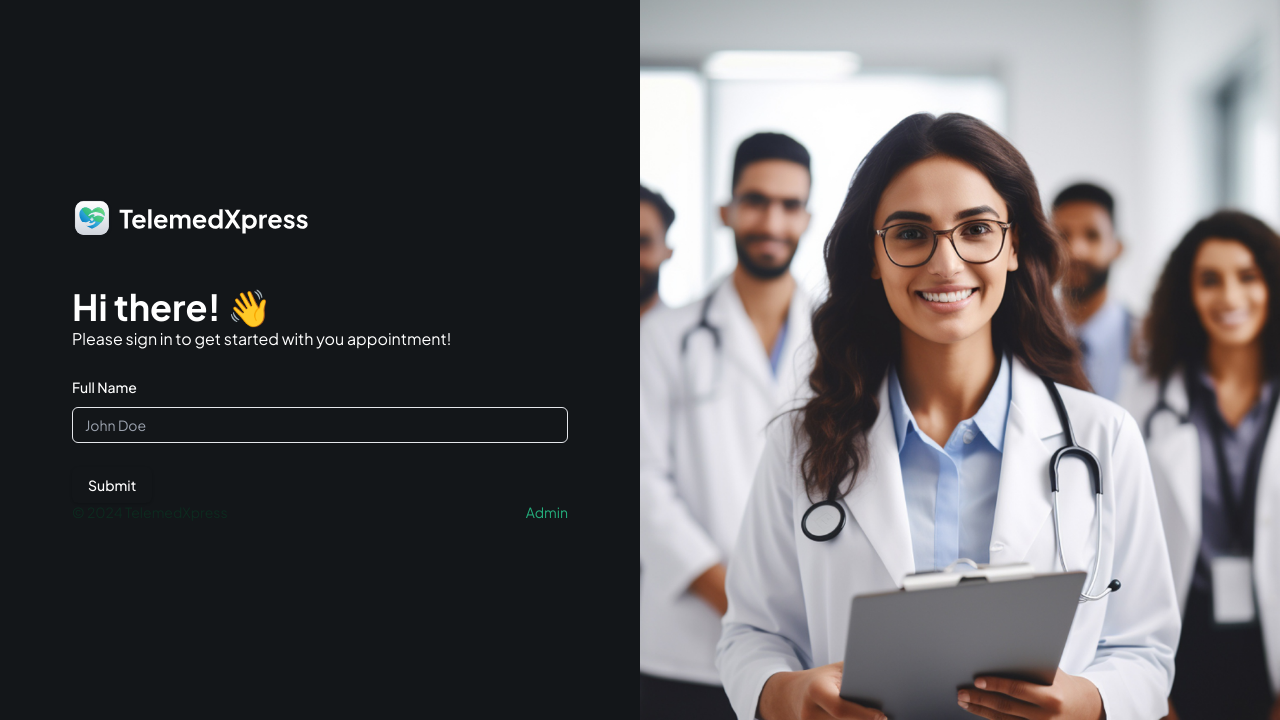
Repository: Carlito-Pedida/telemed
Page: /
These files come from the project's save history. The page is drawn as it stood at one moment and after the next save; the edit follows.
The browser window is 1280 px wide. The pictures show the whole page.
The project was rebuilt for these pictures with package versions that can differ from the ones it lists, and the page was loaded fresh each time. The framework's server and built-in components were replaced by stand-ins that run in the browser. Also part of the build but not shown: next.config.mjs.

Above is the page before, as saved 2024-11-04 18:44:46.

### app/layout.tsx
import type { Metadata } from "next";
import { Plus_Jakarta_Sans } from "next/font/google";
import "./globals.css";
import { cn } from "@/lib/utils";
import { ThemeProvider } from "@/components/theme-provider";

const fontSans = Plus_Jakarta_Sans({
  subsets: ["latin"],
  weight: ["300", "400", "500", "600", "700"],
  variable: "--font-sans"
});

export const metadata: Metadata = {
  title: "TelemedXpress",
  description: "An Online Healthcare Resource"
};

export default function RootLayout({
  children
}: Readonly<{
  children: React.ReactNode;
}>) {
  return (
    <html lang="en">
      <body
        className={cn(
          "min-h-screen bg-dark-300 font-sans antialiased",
          fontSans.variable
        )}
      >
        <ThemeProvider
          attribute="class"
          defaultTheme="dark"
          enableSystem
          disableTransitionOnChange
        >
          {children}
        </ThemeProvider>
      </body>
    </html>
  );
}

### app/page.tsx
import PatientForm from "@/components/forms/PatientForm";
import Image from "next/image";
import Link from "next/link";

export default function Home() {
  return (
    <div className="flex h-screen max-h-screen">
      {/* {TODO: OTP Verification | PasskeyModal} */}
      <section className="remove-scrollbar container my-auto">
        <div className="sub-container max-w-[496px]">
          <Image
            src="/assets/icons/logo-full.svg"
            alt="patient"
            width={1000}
            height={1000}
            className="mb-12 h-10 w-fit"
          />

          <PatientForm />

          <div className="text-14-regular mt--20 flex justify-between">
            <p className="justify-items-end text-green-600 xl:text-left">
              © 2024 TelemedXpress
            </p>
            <Link href="/?admin=true" className="text-green-500">
              Admin
            </Link>
          </div>
        </div>
      </section>

      <Image
        src="/assets/images/onboarding-img.png"
        alt="patient"
        width={1000}
        height={1000}
        className="side-img max-w-[50%]"
      />
    </div>
  );
}

### lib/utils.ts
import { type ClassValue, clsx } from "clsx";
import { twMerge } from "tailwind-merge";

export function cn(...inputs: ClassValue[]) {
  return twMerge(clsx(inputs));
}

export const parseStringify = (value: any) => JSON.parse(JSON.stringify(value));

export const convertFileToUrl = (file: File) => URL.createObjectURL(file);

// FORMAT DATE TIME
export const formatDateTime = (dateString: Date | string) => {
  const dateTimeOptions: Intl.DateTimeFormatOptions = {
    // weekday: "short", // abbreviated weekday name (e.g., 'Mon')
    month: "short", // abbreviated month name (e.g., 'Oct')
    day: "numeric", // numeric day of the month (e.g., '25')
    year: "numeric", // numeric year (e.g., '2023')
    hour: "numeric", // numeric hour (e.g., '8')
    minute: "numeric", // numeric minute (e.g., '30')
    hour12: true // use 12-hour clock (true) or 24-hour clock (false)
  };

  const dateDayOptions: Intl.DateTimeFormatOptions = {
    weekday: "short", // abbreviated weekday name (e.g., 'Mon')
    year: "numeric", // numeric year (e.g., '2023')
    month: "2-digit", // abbreviated month name (e.g., 'Oct')
    day: "2-digit" // numeric day of the month (e.g., '25')
  };

  const dateOptions: Intl.DateTimeFormatOptions = {
    month: "short", // abbreviated month name (e.g., 'Oct')
    year: "numeric", // numeric year (e.g., '2023')
    day: "numeric" // numeric day of the month (e.g., '25')
  };

  const timeOptions: Intl.DateTimeFormatOptions = {
    hour: "numeric", // numeric hour (e.g., '8')
    minute: "numeric", // numeric minute (e.g., '30')
    hour12: true // use 12-hour clock (true) or 24-hour clock (false)
  };

  const formattedDateTime: string = new Date(dateString).toLocaleString(
    "en-US",
    dateTimeOptions
  );

  const formattedDateDay: string = new Date(dateString).toLocaleString(
    "en-US",
    dateDayOptions
  );

  const formattedDate: string = new Date(dateString).toLocaleString(
    "en-US",
    dateOptions
  );

  const formattedTime: string = new Date(dateString).toLocaleString(
    "en-US",
    timeOptions
  );

  return {
    dateTime: formattedDateTime,
    dateDay: formattedDateDay,
    dateOnly: formattedDate,
    timeOnly: formattedTime
  };
};

export function encryptKey(passkey: string) {
  return btoa(passkey);
}

export function decryptKey(passkey: string) {
  return atob(passkey);
}

### components/forms/PatientForm.tsx
"use client";

import { zodResolver } from "@hookform/resolvers/zod";
import { useForm } from "react-hook-form";
import { z } from "zod";

import { Button } from "@/components/ui/button";
import { Form } from "@/components/ui/form";
import CustomFormField from "../CustomformField";

export enum FormFieldType {
  INPUT = "input",
  TEXTAREA = "textarea",
  PHONE_INPUT = "phoneInput",
  CHECKBOX = "checkbox",
  DATE_PICKER = "datePicker",
  SELECT = "select",
  SKELETON = "skeleton"
}
const formSchema = z.object({
  username: z.string().min(2).max(50)
});

const PatientForm = () => {
  // 1. Define your form.
  const form = useForm<z.infer<typeof formSchema>>({
    resolver: zodResolver(formSchema),
    defaultValues: {
      username: ""
    }
  });

  // 2. Define a submit handler.
  function onSubmit(values: z.infer<typeof formSchema>) {
    // Do something with the form values.
    // ✅ This will be type-safe and validated.
    console.log(values);
  }
  return (
    <div>
      <Form {...form}>
        <form
          onSubmit={form.handleSubmit(onSubmit)}
          className="space-y-6 flex-1"
        >
          <section>
            <h1 className="header">Hi there! 👋 </h1>
            <p>Please sign in to get started with you appointment!</p>
          </section>

          <CustomFormField
            fieldType={FormFieldType.INPUT}
            control={form.control}
            name="name"
            label="Full Name"
            placeholder="john Doe"
            iconSrc="/assets/icons/user.svg"
            iconAlt="User"
          />

          <Button type="submit">Submit</Button>
        </form>
      </Form>
    </div>
  );
};

export default PatientForm;

### components/ui/button.tsx
import * as React from "react"
import { Slot } from "@radix-ui/react-slot"
import { cva, type VariantProps } from "class-variance-authority"

import { cn } from "@/lib/utils"

const buttonVariants = cva(
  "inline-flex items-center justify-center gap-2 whitespace-nowrap rounded-md text-sm font-medium ring-offset-background transition-colors focus-visible:outline-none focus-visible:ring-2 focus-visible:ring-ring focus-visible:ring-offset-2 disabled:pointer-events-none disabled:opacity-50 [&_svg]:pointer-events-none [&_svg]:size-4 [&_svg]:shrink-0",
  {
    variants: {
      variant: {
        default:
          "bg-primary text-primary-foreground shadow hover:bg-primary/90",
        destructive:
          "bg-destructive text-destructive-foreground shadow-sm hover:bg-destructive/90",
        outline:
          "border border-input bg-background shadow-sm hover:bg-accent hover:text-accent-foreground",
        secondary:
          "bg-secondary text-secondary-foreground shadow-sm hover:bg-secondary/80",
        ghost: "hover:bg-accent hover:text-accent-foreground",
        link: "text-primary underline-offset-4 hover:underline",
      },
      size: {
        default: "h-9 px-4 py-2",
        sm: "h-8 rounded-md px-3 text-xs",
        lg: "h-10 rounded-md px-8",
        icon: "h-9 w-9",
      },
    },
    defaultVariants: {
      variant: "default",
      size: "default",
    },
  }
)

export interface ButtonProps
  extends React.ButtonHTMLAttributes<HTMLButtonElement>,
    VariantProps<typeof buttonVariants> {
  asChild?: boolean
}

const Button = React.forwardRef<HTMLButtonElement, ButtonProps>(
  ({ className, variant, size, asChild = false, ...props }, ref) => {
    const Comp = asChild ? Slot : "button"
    return (
      <Comp
        className={cn(buttonVariants({ variant, size, className }))}
        ref={ref}
        {...props}
      />
    )
  }
)
Button.displayName = "Button"

export { Button, buttonVariants }

### components/ui/form.tsx
"use client"

import * as React from "react"
import * as LabelPrimitive from "@radix-ui/react-label"
import { Slot } from "@radix-ui/react-slot"
import {
  Controller,
  ControllerProps,
  FieldPath,
  FieldValues,
  FormProvider,
  useFormContext,
} from "react-hook-form"

import { cn } from "@/lib/utils"
import { Label } from "@/components/ui/label"

const Form = FormProvider

type FormFieldContextValue<
  TFieldValues extends FieldValues = FieldValues,
  TName extends FieldPath<TFieldValues> = FieldPath<TFieldValues>
> = {
  name: TName
}

const FormFieldContext = React.createContext<FormFieldContextValue>(
  {} as FormFieldContextValue
)

const FormField = <
  TFieldValues extends FieldValues = FieldValues,
  TName extends FieldPath<TFieldValues> = FieldPath<TFieldValues>
>({
  ...props
}: ControllerProps<TFieldValues, TName>) => {
  return (
    <FormFieldContext.Provider value={{ name: props.name }}>
      <Controller {...props} />
    </FormFieldContext.Provider>
  )
}

const useFormField = () => {
  const fieldContext = React.useContext(FormFieldContext)
  const itemContext = React.useContext(FormItemContext)
  const { getFieldState, formState } = useFormContext()

  const fieldState = getFieldState(fieldContext.name, formState)

  if (!fieldContext) {
    throw new Error("useFormField should be used within <FormField>")
  }

  const { id } = itemContext

  return {
    id,
    name: fieldContext.name,
    formItemId: `${id}-form-item`,
    formDescriptionId: `${id}-form-item-description`,
    formMessageId: `${id}-form-item-message`,
    ...fieldState,
  }
}

type FormItemContextValue = {
  id: string
}

const FormItemContext = React.createContext<FormItemContextValue>(
  {} as FormItemContextValue
)

const FormItem = React.forwardRef<
  HTMLDivElement,
  React.HTMLAttributes<HTMLDivElement>
>(({ className, ...props }, ref) => {
  const id = React.useId()

  return (
    <FormItemContext.Provider value={{ id }}>
      <div ref={ref} className={cn("space-y-2", className)} {...props} />
    </FormItemContext.Provider>
  )
})
FormItem.displayName = "FormItem"

const FormLabel = React.forwardRef<
  React.ElementRef<typeof LabelPrimitive.Root>,
  React.ComponentPropsWithoutRef<typeof LabelPrimitive.Root>
>(({ className, ...props }, ref) => {
  const { error, formItemId } = useFormField()

  return (
    <Label
      ref={ref}
      className={cn(error && "text-destructive", className)}
      htmlFor={formItemId}
      {...props}
    />
  )
})
FormLabel.displayName = "FormLabel"

const FormControl = React.forwardRef<
  React.ElementRef<typeof Slot>,
  React.ComponentPropsWithoutRef<typeof Slot>
>(({ ...props }, ref) => {
  const { error, formItemId, formDescriptionId, formMessageId } = useFormField()

  return (
    <Slot
      ref={ref}
      id={formItemId}
      aria-describedby={
        !error
          ? `${formDescriptionId}`
          : `${formDescriptionId} ${formMessageId}`
      }
      aria-invalid={!!error}
      {...props}
    />
  )
})
FormControl.displayName = "FormControl"

const FormDescription = React.forwardRef<
  HTMLParagraphElement,
  React.HTMLAttributes<HTMLParagraphElement>
>(({ className, ...props }, ref) => {
  const { formDescriptionId } = useFormField()

  return (
    <p
      ref={ref}
      id={formDescriptionId}
      className={cn("text-[0.8rem] text-muted-foreground", className)}
      {...props}
    />
  )
})
FormDescription.displayName = "FormDescription"

const FormMessage = React.forwardRef<
  HTMLParagraphElement,
  React.HTMLAttributes<HTMLParagraphElement>
>(({ className, children, ...props }, ref) => {
  const { error, formMessageId } = useFormField()
  const body = error ? String(error?.message) : children

  if (!body) {
    return null
  }

  return (
    <p
      ref={ref}
      id={formMessageId}
      className={cn("text-[0.8rem] font-medium text-destructive", className)}
      {...props}
    >
      {body}
    </p>
  )
})
FormMessage.displayName = "FormMessage"

export {
  useFormField,
  Form,
  FormItem,
  FormLabel,
  FormControl,
  FormDescription,
  FormMessage,
  FormField,
}

### components/CustomformField.tsx
"use client";
import {
  Form,
  FormControl,
  FormDescription,
  FormField,
  FormItem,
  FormLabel,
  FormMessage
} from "@/components/ui/form";
import { Input } from "@/components/ui/input";
import { Control } from "react-hook-form";
import { FormFieldType } from "./forms/PatientForm";

interface CustomProps {
  control: Control<any>;
  fieldType: FormFieldType;
  name: string;
  label?: string;
  placeholder?: string;
  iconSrc?: string;
  iconAlt?: string;
  disabled?: boolean;
  dateFormat?: string;
  showTimeSelect?: boolean;
  children?: React.ReactNode;
  renderSkeleton?: (field: any) => React.ReactNode;
}

const RenderField = ({ field, props }: { field: any; props: CustomProps }) => {
  return <Input type="text" placeholder="John Doe" />;
};

const CustomFormField = (props: CustomProps) => {
  const { control, fieldType, name, label } = props;
  return (
    <FormField
      control={control}
      name={name}
      render={({ field }) => (
        <FormItem className="flex-1">
          {fieldType !== FormFieldType.CHECKBOX && label && (
            <FormLabel>{label}</FormLabel>
          )}

          <RenderField field={field} props={props} />

          <FormMessage className="shad-error" />
        </FormItem>
      )}
    />
  );
};

export default CustomFormField;

### components/ui/label.tsx
"use client"

import * as React from "react"
import * as LabelPrimitive from "@radix-ui/react-label"
import { cva, type VariantProps } from "class-variance-authority"

import { cn } from "@/lib/utils"

const labelVariants = cva(
  "text-sm font-medium leading-none peer-disabled:cursor-not-allowed peer-disabled:opacity-70"
)

const Label = React.forwardRef<
  React.ElementRef<typeof LabelPrimitive.Root>,
  React.ComponentPropsWithoutRef<typeof LabelPrimitive.Root> &
    VariantProps<typeof labelVariants>
>(({ className, ...props }, ref) => (
  <LabelPrimitive.Root
    ref={ref}
    className={cn(labelVariants(), className)}
    {...props}
  />
))
Label.displayName = LabelPrimitive.Root.displayName

export { Label }

### components/ui/input.tsx
import * as React from "react"

import { cn } from "@/lib/utils"

export interface InputProps
  extends React.InputHTMLAttributes<HTMLInputElement> {}

const Input = React.forwardRef<HTMLInputElement, InputProps>(
  ({ className, type, ...props }, ref) => {
    return (
      <input
        type={type}
        className={cn(
          "flex h-9 w-full rounded-md border border-input bg-transparent px-3 py-1 text-sm shadow-sm transition-colors file:border-0 file:bg-transparent file:text-sm file:font-medium file:text-foreground placeholder:text-muted-foreground focus-visible:outline-none focus-visible:ring-1 focus-visible:ring-ring disabled:cursor-not-allowed disabled:opacity-50",
          className
        )}
        ref={ref}
        {...props}
      />
    )
  }
)
Input.displayName = "Input"

export { Input }

### tailwind.config.ts
import type { Config } from "tailwindcss";

const { fontFamily } = require("tailwindcss/defaultTheme");

const config = {
  darkMode: ["class"],
  content: [
    "./pages/**/*.{ts,tsx}",
    "./components/**/*.{ts,tsx}",
    "./app/**/*.{ts,tsx}",
    "./src/**/*.{ts,tsx}"
  ],
  prefix: "",
  theme: {
    container: {
      center: true,
      padding: "2rem",
      screens: {
        "2xl": "1400px"
      }
    },
    extend: {
      colors: {
        green: {
          500: "#24AE7C",
          600: "#0D2A1F"
        },
        blue: {
          500: "#79B5EC",
          600: "#152432"
        },
        red: {
          500: "#F37877",
          600: "#3E1716",
          700: "#F24E43"
        },
        light: {
          200: "#E8E9E9"
        },
        dark: {
          200: "#0D0F10",
          300: "#131619",
          400: "#1A1D21",
          500: "#363A3D",
          600: "#76828D",
          700: "#ABB8C4"
        }
      },
      fontFamily: {
        sans: ["var(--font-sans)", ...fontFamily.sans]
      },
      backgroundImage: {
        appointments: "url('/assets/images/appointments-bg.png')",
        pending: "url('/assets/images/pending-bg.png')",
        cancelled: "url('/assets/images/cancelled-bg.png')"
      },
      keyframes: {
        "accordion-down": {
          from: { height: "0" },
          to: { height: "var(--radix-accordion-content-height)" }
        },
        "accordion-up": {
          from: { height: "var(--radix-accordion-content-height)" },
          to: { height: "0" }
        },
        "caret-blink": {
          "0%,70%,100%": { opacity: "1" },
          "20%,50%": { opacity: "0" }
        }
      },
      animation: {
        "accordion-down": "accordion-down 0.2s ease-out",
        "accordion-up": "accordion-up 0.2s ease-out",
        "caret-blink": "caret-blink 1.25s ease-out infinite"
      }
    }
  },
  plugins: [require("tailwindcss-animate")]
} satisfies Config;

export default config;

Loaded but not shown: app/globals.css (common file); components/theme-provider.tsx (common file)

After the next save:
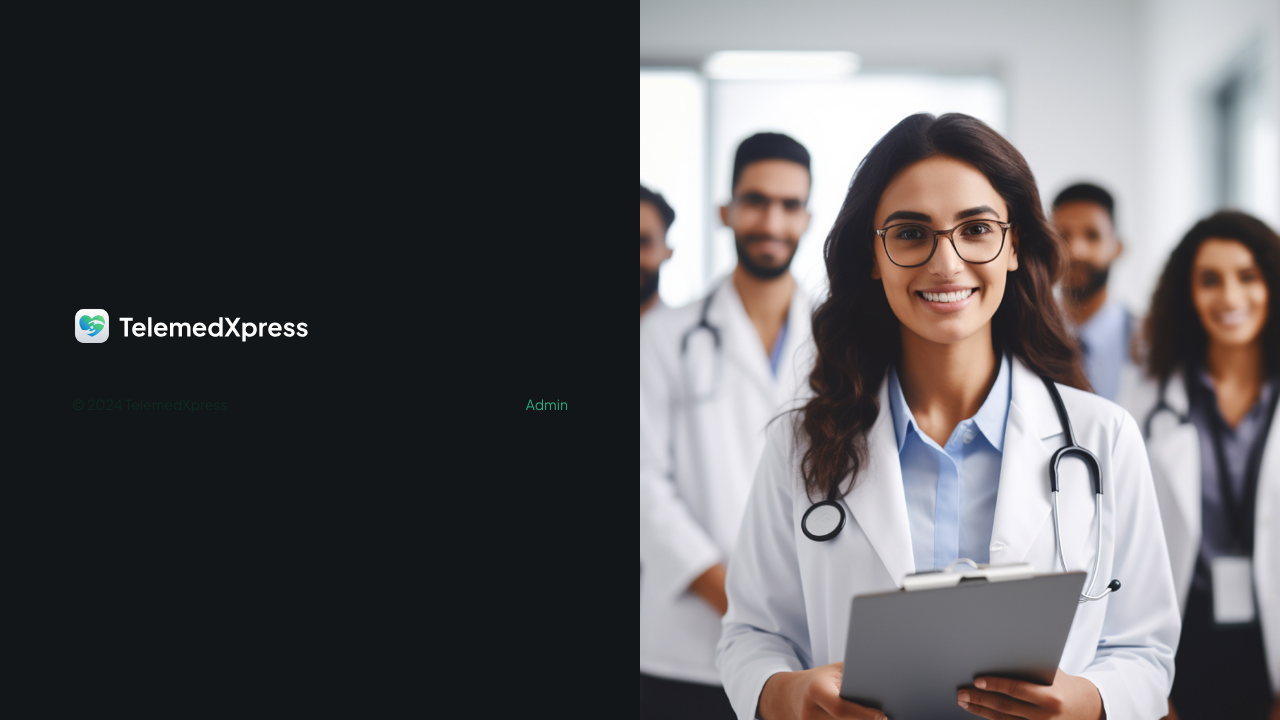
Saved 53 s later.
--- a/app/page.tsx
+++ b/app/page.tsx
@@ -1,4 +1,3 @@
-import PatientForm from "@/components/forms/PatientForm";
 import Image from "next/image";
 import Link from "next/link";
 
@@ -15,8 +14,6 @@
             height={1000}
             className="mb-12 h-10 w-fit"
           />
-
-          <PatientForm />
 
           <div className="text-14-regular mt--20 flex justify-between">
             <p className="justify-items-end text-green-600 xl:text-left">

After the save that followed:
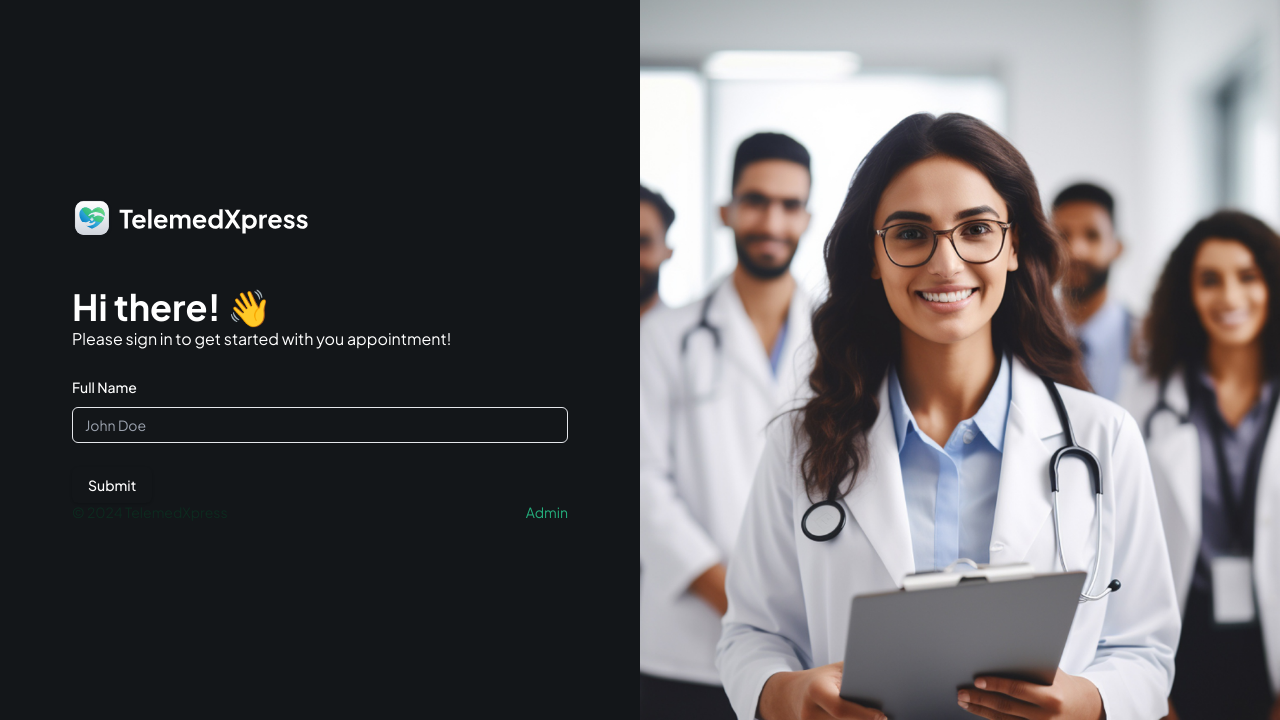
Saved 15 s later.
--- a/app/page.tsx
+++ b/app/page.tsx
@@ -1,3 +1,4 @@
+import PatientForm from "@/components/forms/PatientForm";
 import Image from "next/image";
 import Link from "next/link";
 
@@ -14,6 +15,8 @@
             height={1000}
             className="mb-12 h-10 w-fit"
           />
+
+          <PatientForm />
 
           <div className="text-14-regular mt--20 flex justify-between">
             <p className="justify-items-end text-green-600 xl:text-left">
